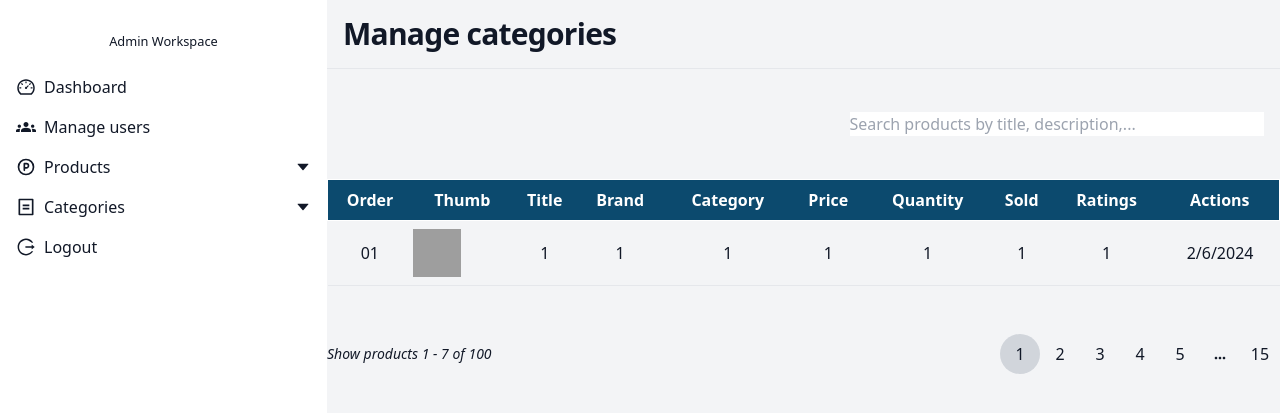
Repository: QuanggDat/Ecommerce_Rookie_NashTech
Page: /admin/manage-categories (app in Ecommerce_Rookie_NashTech_AdminFrontend/admin_fe/)
An editor plug-in stored every save of this project. The page is shown before and after the next save, followed by the edit.
The browser window is 1280 px wide. The pictures show the whole page.
Pictures or frames that could not be fetched are drawn as grey boxes. The page's requests for data from a server got no answer. The project was rebuilt for these pictures with package versions that can differ from the ones it lists, and the page was loaded fresh each time. Some packages were replaced by stand-ins written for this rebuild. No one was signed in, and anything a server would have sent is missing. Also part of the build but not shown: Ecommerce_Rookie_NashTech_AdminFrontend/admin_fe/src/pages/admin/Dashboard.js, Ecommerce_Rookie_NashTech_AdminFrontend/admin_fe/src/pages/admin/ManageProduct.js, Ecommerce_Rookie_NashTech_AdminFrontend/admin_fe/src/pages/admin/LoginScreen.js, Ecommerce_Rookie_NashTech_AdminFrontend/admin_fe/src/components/buttons/Button.js, Ecommerce_Rookie_NashTech_AdminFrontend/admin_fe/src/components/inputs/InputField.js, Ecommerce_Rookie_NashTech_AdminFrontend/admin_fe/src/pages/public/Login.js, Ecommerce_Rookie_NashTech_AdminFrontend/admin_fe/src/pages/public/FinalRegister.js, Ecommerce_Rookie_NashTech_AdminFrontend/admin_fe/src/pages/public/ResetPassword.js and 1 more.

Above is the page before, as saved 2024-06-02 22:53:17.

### Ecommerce_Rookie_NashTech_AdminFrontend/admin_fe/src/index.js
import React from 'react';
import { createRoot } from 'react-dom/client';
import { Provider } from 'react-redux';
import { store } from './stores/redux';
import App from './App';
import './index.css';
import { BrowserRouter } from 'react-router-dom'

const container = document.getElementById('root');
const root = createRoot(container);

root.render(
  <Provider store={store}>
    <BrowserRouter>
      <App />
    </BrowserRouter>
  </Provider>
);

### Ecommerce_Rookie_NashTech_AdminFrontend/admin_fe/src/stores/redux.js
import { configureStore } from '@reduxjs/toolkit';
import userSlice from "./user/userSlice"
import storage from 'redux-persist/lib/storage';
import { persistReducer, persistStore } from "redux-persist"

const commonConfig = {
  storage,
}
const userConfig = {
  ...commonConfig,
  whitelist: ["isLoggedIn", "token"],
  key: "shop/user",
}
export const store = configureStore({
  reducer: {
    user: persistReducer(userConfig, userSlice),
  },
  middleware: (getDefaultMiddleware) =>
    getDefaultMiddleware({ serializableCheck: false }),
});

export const persistor = persistStore(store)

### Ecommerce_Rookie_NashTech_AdminFrontend/admin_fe/src/App.js
import React from 'react';
import { Route, Routes, Navigate } from "react-router-dom"
import path from "./utils/path"
import {
  AdminLayout,
  Dashboard,
  ManageProduct,
  ManageCategory
} from "./pages/admin"
import { Login } from './pages/public';
import './App.css';

function App() {
  return (
    <div className="font-jp">
      <Routes>
        <Route path="/" element={<Navigate to={path.LOGIN} />} />
        <Route path={path.LOGIN} element={<Login />} />
        <Route path={path.ADMIN} element={<AdminLayout />}>
          <Route path={path.DASHBOARD} element={<Dashboard />} />
          <Route path={path.MANAGE_PRODUCTS} element={<ManageProduct />} />
          <Route path={path.MANAGE_CATEGORIES} element={<ManageCategory />} />
        </Route>
      </Routes>
    </div>
  );
}

export default App;

### Ecommerce_Rookie_NashTech_AdminFrontend/admin_fe/src/index.css
@import url("https://fonts.googleapis.com/css2?family=Poppins:ital,wght@0,100;0,200;0,300;0,400;0,500;0,600;0,700;0,800;1,100;1,200;1,300;1,400;1,500;1,600;1,700;1,800&display=swap");
@import url("https://fonts.googleapis.com/css2?family=Noto+Sans+JP:wght@100;200;300;400;500;600;700;800;900&display=swap");
@tailwind base;
@tailwind components;
@tailwind utilities;

html {
    height: 100%;
    overflow: auto;
  }
  body {
    height: 100%;
  }
  html,
  body {
    overflow-x: hidden;
  }

### Ecommerce_Rookie_NashTech_AdminFrontend/admin_fe/src/stores/user/userSlice.js
import { createSlice } from "@reduxjs/toolkit"
import * as actions from './asyncAction'

export const userSlice = createSlice({
    name: "user",
    initialState: {
        isLoggedIn: false,
        current: null,
        token: null,
        isLoading: false,
        mes: '',
    },
    reducers: {
        login: (state, action) => {
            state.isLoggedIn = action.payload.isLoggedIn
            state.token = action.payload.token
        },
        logout: (state, action) => {
            state.isLoggedIn = false
            state.current = null
            state.token = null
            state.isLoading = false
            state.mes = ''
        },
    },
    extraReducers: (builder) => {
        builder.addCase(actions.getCurrent.pending, (state) => {
            state.isLoading = true;
        });
        builder.addCase(actions.getCurrent.fulfilled, (state, action) => {
            state.isLoading = false;
            state.current = action.payload;
            state.isLoggedIn = true
        });
        builder.addCase(actions.getCurrent.rejected, (state, action) => {
            state.isLoading = false;
            state.current = null;
            state.isLoggedIn = false
            state.token = null
            state.mes = 'Login session has expired. Please login again!'
        });
    }
})
export const { login, logout } = userSlice.actions

export default userSlice.reducer

### Ecommerce_Rookie_NashTech_AdminFrontend/admin_fe/src/utils/path.js
const path = {
    PUBLIC: "/",
    HOME: "home",
    ALL: "*",
    LOGIN: "login",
    FINAL_REGISTER: "finalregister/:status",
    RESET_PASSWORD: "reset-password/:token",

    // Admin
    ADMIN: "admin",
    DASHBOARD: "dashboard",
    MANAGE_USER: "manage-user",
    MANAGE_PRODUCTS: "manage-products",
    MANAGE_CATEGORIES: "manage-categories",
    CREATE_PRODUCTS: "create-products",
    CREATE_CATEGORY: "create-category",
}

export default path

### Ecommerce_Rookie_NashTech_AdminFrontend/admin_fe/src/pages/admin/index.js
export { default as AdminLayout } from "./AdminLayout"
export { default as Dashboard } from "./Dashboard"
export { default as ManageProduct } from "./ManageProduct"
export { default as ManageCategory } from "./ManageCategory"
export { default as LoginScreen } from "./LoginScreen"

### Ecommerce_Rookie_NashTech_AdminFrontend/admin_fe/src/pages/public/index.js
export { default as Login } from "./Login"
export { default as FinalRegister } from "./FinalRegister"
export { default as ResetPassword } from "./ResetPassword"

### Ecommerce_Rookie_NashTech_AdminFrontend/admin_fe/src/stores/user/asyncAction.js
import { createAsyncThunk } from "@reduxjs/toolkit";
import * as apis from '../../apis'

export const getCurrent = createAsyncThunk('user/current', async (data, { rejectWithValue }) => {
    const response = await apis.apiGetCurrent()
    if (!response.data.status) return rejectWithValue(response)
    return response.data.rs
})

### Ecommerce_Rookie_NashTech_AdminFrontend/admin_fe/src/pages/admin/AdminLayout.js
import React from 'react'
import { Outlet, Navigate } from 'react-router-dom'
import { useSelector } from 'react-redux'
import AdminSidebar from '../../components/sidebar/AdminSidebar'

const AdminLayout = () => {
  return (
    <div className='flex w-full bg-gray-100 min-h-screen relative text-gray-900'>
      <div className='w-[327px] top-0 bottom-0 flex-none fixed'>
        <AdminSidebar />
      </div>
      <div className='w-[327px]'></div>
      <div className='flex-auto'>
        <Outlet />
      </div>
    </div>
  )
}

export default AdminLayout

### Ecommerce_Rookie_NashTech_AdminFrontend/admin_fe/src/pages/admin/ManageCategory.js
import React from 'react'
import InputForm from "../../components/inputs/InputForm"
import Pagination from "../../components/pagination/Pagination"
import { useForm } from "react-hook-form"

const ManageCategory = () => {
  const {
    register,
    formState: { errors },
    watch,
  } = useForm()
  return (
    <div className="w-full flex flex-col gap-4 relative">
      <div className="h-[69px] w-full"></div>
      <div className="p-4 border-b w-full bg-gray-100 flex justify-between items-center fixed top-0">
        <h1 className="text-3xl font-bold tracking-tight">Manage categories</h1>
      </div>
      <div className="flex justify-end items-center px-4">
        <form className="w-[45%]">
          <InputForm
            id="q"
            register={register}
            errors={errors}
            fullWidth
            placeholder="Search products by title, description,..."
          />
        </form>
      </div>
      <table className="table-auto">
        <thead>
          <tr className="border bg-sky-900 text-white border-white">
            <th className="text-center py-2">Order</th>
            <th className="text-center py-2">Thumb</th>
            <th className="text-center py-2">Title</th>
            <th className="text-center py-2">Brand</th>
            <th className="text-center py-2">Category</th>
            <th className="text-center py-2">Price</th>
            <th className="text-center py-2">Quantity</th>
            <th className="text-center py-2">Sold</th>
            <th className="text-center py-2">Ratings</th>
            <th className="text-center py-2">Actions</th>
          </tr>
        </thead>
        <tbody>
          <tr className="border-b" >
            <td className="text-center py-2">
              01
            </td>
            <td className="text-center py-2">
              <img
                src='https://th.bing.com/th/id/OIF.IHFaCxQQ54StkxKZ3Iyp0Q?rs=1&pid=ImgDetMain'
                alt="thumb"
                className="w-12 h-12 object-cover"
              />
            </td>
            <td className="text-center py-2">1</td>
            <td className="text-center py-2">1</td>
            <td className="text-center py-2">1</td>
            <td className="text-center py-2">1</td>
            <td className="text-center py-2">1</td>
            <td className="text-center py-2">1</td>
            <td className="text-center py-2">1</td>
            <td className="text-center py-2">
              2/6/2024
            </td>
          </tr>
        </tbody>
      </table>
      <div className="w-full flex justify-end my-8">
        <Pagination totalCount={100} />
      </div>
    </div>
  )
}

export default ManageCategory

### Ecommerce_Rookie_NashTech_AdminFrontend/admin_fe/src/components/sidebar/AdminSidebar.js
import React, { Fragment, useState } from "react"
import { adminSidebar } from "../../utils/constants"
import { NavLink, Link, useNavigate } from "react-router-dom"
import clsx from "clsx"
import { AiOutlineCaretDown, AiOutlineCaretRight } from "react-icons/ai"
import { RiShareForwardLine } from "react-icons/ri"
import withBaseComponent from "../../hocs/withBaseComponent"

const activedStyle =
    "px-4 py-2 flex items-center gap-2  bg-blue-500 text-gray-100"
const notActivedStyle = "px-4 py-2 flex items-center gap-2  hover:bg-blue-100"

const AdminSidebar = () => {
    const navigate = useNavigate()
    const [actived, setActived] = useState([])
    const handleShowTabs = (tabID) => {
        if (actived.some((el) => el === tabID))
            setActived((prev) => prev.filter((el) => el !== tabID))
        else setActived((prev) => [...prev, tabID])
    }

    return (
        <div className=" bg-white h-full py-4">
            <Link
                to={"/"}
                className="flex flex-col justify-center items-center p-4 gap-2"
            >
                <small>Admin Workspace</small>
            </Link>
            <div>
                {adminSidebar.map((el) => (
                    <Fragment key={el.id}>
                        {el.type === "SINGLE" && (
                            <NavLink
                                to={el.path}
                                className={({ isActive }) =>
                                    clsx(isActive && activedStyle, !isActive && notActivedStyle)
                                }
                            >
                                <span>{el.icon}</span>
                                <span>{el.text}</span>
                            </NavLink>
                        )}
                        {el.type === "PARENT" && (
                            <div
                                onClick={() => handleShowTabs(+el.id)}
                                className="flex flex-col"
                            >
                                <div className="flex items-center justify-between px-4 py-2 hover:bg-blue-100 cursor-pointer">
                                    <div className="flex items-center gap-2">
                                        <span>{el.icon}</span>
                                        <span>{el.text}</span>
                                    </div>
                                    {actived.some((id) => id === el.id) ? (
                                        <AiOutlineCaretRight />
                                    ) : (
                                        <AiOutlineCaretDown />
                                    )}
                                </div>
                                {actived.some((id) => +id === +el.id) && (
                                    <div className="flex flex-col">
                                        {el.submenu.map((item, idx) => (
                                            <NavLink
                                                key={idx}
                                                to={item.path}
                                                onClick={(e) => e.stopPropagation()}
                                                className={({ isActive }) =>
                                                    clsx(
                                                        isActive && activedStyle,
                                                        !isActive && notActivedStyle,
                                                        "pl-16"
                                                    )
                                                }
                                            >
                                                {item.text}
                                            </NavLink>
                                        ))}
                                    </div>
                                )}
                            </div>
                        )}
                    </Fragment>
                ))}
            </div>
        </div>
    )
}

export default withBaseComponent(AdminSidebar)

### Ecommerce_Rookie_NashTech_AdminFrontend/admin_fe/src/components/inputs/InputForm.js
import React, { memo } from 'react'
import clsx from 'clsx'

const InputForm = ({
    label,
    disabled,
    register,
    errors,
    id,
    validate,
    type = 'text',
    placeholder,
    fullWidth,
    defaultValue,
    style,
    readOnly
}) => {
    return (
        <div className={clsx('flex flex-col h-[78px] gap-2', style)}>
            {label && <label className='font-medium' htmlFor={id}>{label + ':'}</label>}
            <input
                type={type}
                id={id}
                {...register(id, validate)}
                disabled={disabled}
                placeholder={placeholder}
                className={clsx('form-input my-auto', fullWidth && 'w-full', style)}
                defaultValue={defaultValue}
                readOnly={readOnly}
            />
            {errors[id] && <small className='text-xs text-red-500'>{errors[id]?.message}</small>}
        </div>
    )
}

export default memo(InputForm)

### Ecommerce_Rookie_NashTech_AdminFrontend/admin_fe/src/components/pagination/Pagination.js
import React, { memo } from "react"
import usePagination from "../../hooks/usePagination"
import PagiItem from "./PagiItem"
import { useSearchParams } from "react-router-dom"

const Pagination = ({ totalCount }) => {
    const [params] = useSearchParams()
    const pagination = usePagination(totalCount, +params.get("page") || 1)

    const range = () => {
        const currentPage = +params.get("page")
        const pageSize = +process.env.REACT_APP_LIMIT || 10
        const start = Math.min((currentPage - 1) * pageSize + 1, totalCount)
        const end = Math.min(currentPage * pageSize, totalCount)

        return `${start} - ${end}`
    }

    // 3 => 21 - 30
    return (
        <div className="flex w-full justify-between items-center">
            {!+params.get("page") ? (
                <span className="text-sm hidden lg:inline-block italic">{`Show products ${Math.min(
                    totalCount,
                    1
                )} - ${Math.min(
                    +process.env.REACT_APP_LIMIT,
                    totalCount
                )} of ${totalCount}`}</span>
            ) : (
                ""
            )}
            {+params.get("page") ? (
                <span className="text-sm hidden lg:inline-block italic">{`Show products ${range()} of ${totalCount}`}</span>
            ) : (
                ""
            )}
            <div className="flex mt-8 lg:mt-0 items-center">
                {pagination?.map((el) => (
                    <PagiItem key={el}>{el}</PagiItem>
                ))}
            </div>
        </div>
    )
}

export default memo(Pagination)

### Ecommerce_Rookie_NashTech_AdminFrontend/admin_fe/src/utils/helpers.js


export const validate = (payload, setInvalidFields) => {
    let invalids = 0
    const formatPayload = Object.entries(payload)
    for (let arr of formatPayload) {
        if (arr[1].trim() === "") {
            invalids++
            setInvalidFields((prev) => [
                ...prev,
                { name: arr[0], mes: "Require this field." },
            ])
        }
    }
    return invalids
}

export const generateRange = (start, end) => {
    const length = end + 1 - start
    return Array.from({ length }, (_, index) => start + index)
  }
  export function getBase64(file) {
    if (!file) return ""
    return new Promise((resolve, reject) => {
      const reader = new FileReader()
      reader.readAsDataURL(file)
      reader.onload = () => resolve(reader.result)
      reader.onerror = (error) => reject(error)
    })
  }

### Ecommerce_Rookie_NashTech_AdminFrontend/admin_fe/src/apis/user.js
import axios from "../axios";

export const apiRegister = (data) =>
    axios({
        url: "/user/register",
        method: "post",
        data,
    })

export const apiFinalRegister = (token) =>
    axios({
        url: "/user/finalregister/" + token,
        method: "put",
    })

export const apiLogin = (data) =>
    axios({
        url: "/user/login",
        method: "post",
        data,
    })

export const apiGetCurrent = () =>
    axios({
        url: "/user/current",
        method: "get",
    })

export const apiForgotPassword = (data) =>
    axios({
        url: "/user/forgotpassword",
        method: "post",
        data,
    })

export const apiResetPassword = (data) =>
    axios({
        url: "/user/resetpassword",
        method: "put",
        data,
    })

### Ecommerce_Rookie_NashTech_AdminFrontend/admin_fe/src/utils/constants.js
import path from "./path"
import icons from "./icons"

const { AiOutlineDashboard, MdGroups, TbBrandProducthunt, RiBillLine, AiOutlineLogout } = icons
export const adminSidebar = [
    {
      id: 1,
      type: "SINGLE",
      text: "Dashboard",
      path: `/${path.ADMIN}/${path.DASHBOARD}`,
      icon: <AiOutlineDashboard size={20} />,
    },
    {
      id: 2,
      type: "SINGLE",
      text: "Manage users",
      path: `/${path.ADMIN}/${path.MANAGE_USER}`,
      icon: <MdGroups size={20} />,
    },
    {
      id: 3,
      type: "PARENT",
      text: "Products",
      icon: <TbBrandProducthunt size={20} />,
      submenu: [
        {
          text: "Create product",
          path: `/${path.ADMIN}/${path.CREATE_PRODUCTS}`,
        },
        {
          text: "Manage products",
          path: `/${path.ADMIN}/${path.MANAGE_PRODUCTS}`,
        },
      ],
    },
    {
      id: 4,
      type: "PARENT",
      text: "Categories",
      icon: <RiBillLine size={20} />,
      submenu: [
        {
          text: "Create category",
          path: `/${path.ADMIN}/${path.CREATE_CATEGORY}`,
        },
        {
          text: "Manage categories",
          path: `/${path.ADMIN}/${path.MANAGE_CATEGORIES}`,
        },
      ],
    },
    {
      id: 5,
      type: "SINGLE",
      text: "Logout",
      path: `/${path.LOGIN}`,
      icon: <AiOutlineLogout size={20} />,
    },
  ]

### Ecommerce_Rookie_NashTech_AdminFrontend/admin_fe/src/hocs/withBaseComponent.js
import React from 'react'
import { useDispatch } from 'react-redux'
import { useLocation, useNavigate } from 'react-router-dom'

const withBaseComponent = (Component) => (props) => {
    const navigate = useNavigate()
    const dispatch = useDispatch()
    const location = useLocation()

    return <Component {...props} navigate={navigate} dispatch={dispatch} location={location} />
}

export default withBaseComponent

### Ecommerce_Rookie_NashTech_AdminFrontend/admin_fe/src/hooks/usePagination.js
import { useMemo } from 'react'
import { generateRange } from '../utils/helpers'
import { BiDotsHorizontalRounded } from 'react-icons/bi'


const usePagination = (totalProductCount, currentPage, siblingCount = 1) => {
    const paginationArray = useMemo(() => {
        const pageSize = +process.env.REACT_APP_LIMIT || 10
        const paginationCount = Math.ceil(+totalProductCount / pageSize)
        const totalPaginationItem = +siblingCount + 5


        if (paginationCount <= totalPaginationItem) return generateRange(1, paginationCount)

        const isShowLeft = currentPage - siblingCount > 2
        const isShowRight = currentPage + siblingCount < paginationCount - 1

        if (isShowLeft && !isShowRight) {
            const rightStart = paginationCount - 4
            const rightRange = generateRange(rightStart, paginationCount)
            return [1, <BiDotsHorizontalRounded />, ...rightRange]
        }

        if (!isShowLeft && isShowRight) {
            const leftRange = generateRange(1, 5)
            return [...leftRange, <BiDotsHorizontalRounded />, paginationCount]
        }

        const siblingLeft = Math.max(currentPage - siblingCount, 1)
        const singlingRight = Math.min(currentPage + siblingCount, paginationCount)

        if (isShowLeft && isShowRight) {
            const middleRange = generateRange(siblingLeft, singlingRight)
            return [1, <BiDotsHorizontalRounded />, ...middleRange, <BiDotsHorizontalRounded />, paginationCount]
        }

    }, [totalProductCount, currentPage, siblingCount])

    return paginationArray
}
export default usePagination
// fist + last + current + sibling + 2*DOTS
// min = 6 => sibling + 5
// totalPagination : 58, limitProduct = 10 => = 5.8 = 6
// totalPaginationItem : sibling + 5 = 6
// sibling = 1

// [1,2,3,4,5,6]
// [1,...,6,7,8,9,10]
// [1,2,3,4,5, ...,10]
// [1,...,5,6,7,...,10]

### Ecommerce_Rookie_NashTech_AdminFrontend/admin_fe/src/components/pagination/PagiItem.js
import clsx from 'clsx'
import { useSearchParams, useNavigate, createSearchParams, useLocation } from 'react-router-dom'
import { memo } from 'react'

const PagiItem = ({ children }) => {
    const navigate = useNavigate()
    const [params] = useSearchParams()
    const location = useLocation()

    const handlePagination = () => {
        const queries = Object.fromEntries([...params])
        if (Number(children)) queries.page = children
        navigate({
            pathname: location.pathname,
            search: createSearchParams(queries).toString()
        })
    }
    return (
        <button
            className={clsx('w-10 h-10 flex justify-center', !Number(children) && 'items-end pb-2', Number(children) && 'items-center hover:rounded-full hover:bg-gray-300', +params.get('page') === +children && 'rounded-full bg-gray-300', !+params.get('page') && +children === 1 && 'rounded-full bg-gray-300')}
            onClick={handlePagination}
            type='button'
            disabled={!Number(children)}
        >
            {children}
        </button>
    )
}

export default memo(PagiItem)

### Ecommerce_Rookie_NashTech_AdminFrontend/admin_fe/src/axios.js
import axios from 'axios'

const instance = axios.create({
    baseURL: process.env.REACT_APP_API_URI,
  });

// Add a request interceptor
axios.interceptors.request.use(function (config) {
    // Do something before request is sent
    return config;
  }, function (error) {
    // Do something with request error
    return Promise.reject(error);
  });

// Add a response interceptor
axios.interceptors.response.use(function (response) {
    // Any status code that lie within the range of 2xx cause this function to trigger
    // Do something with response data
    return response.data;
  }, function (error) {
    // Any status codes that falls outside the range of 2xx cause this function to trigger
    // Do something with response error
    return error.response.data;
  });

  export default instance

### Ecommerce_Rookie_NashTech_AdminFrontend/admin_fe/src/utils/icons.js
import { RiPhoneFill, RiTruckFill, RiBillLine } from 'react-icons/ri'
import { MdEmail, MdGroups } from 'react-icons/md'
import { BsHandbagFill, BsFillSuitHeartFill, BsShieldShaded, BsReplyFill, BsCartPlus } from 'react-icons/bs'
import { FaUserCircle, FaTty } from 'react-icons/fa'
import {
    AiFillHome,
    AiFillStar,
    AiOutlineStar,
    AiFillEye,
    AiOutlineMenu,
    AiOutlineLogout,
    AiFillGift,
    AiOutlineDown,
    AiOutlineDashboard
} from 'react-icons/ai'
import { IoIosArrowForward } from 'react-icons/io'
import { TbBrandProducthunt } from 'react-icons/tb'

const icons = {
    RiPhoneFill,
    MdEmail,
    BsHandbagFill,
    FaUserCircle,
    AiFillHome,
    AiFillStar,
    AiOutlineStar,
    AiFillEye,
    AiOutlineMenu,
    BsFillSuitHeartFill,
    IoIosArrowForward,
    AiOutlineLogout,
    BsShieldShaded,
    RiTruckFill,
    AiFillGift,
    BsReplyFill,
    FaTty,
    AiOutlineDown,
    AiOutlineDashboard,
    MdGroups,
    TbBrandProducthunt,
    RiBillLine,
    BsCartPlus
}

export default icons

Loaded but not shown: Ecommerce_Rookie_NashTech_AdminFrontend/admin_fe/public/index.html (common file); Ecommerce_Rookie_NashTech_AdminFrontend/admin_fe/src/apis/index.js (common file); Ecommerce_Rookie_NashTech_AdminFrontend/admin_fe/tailwind.config.js (common file)

After the next save:
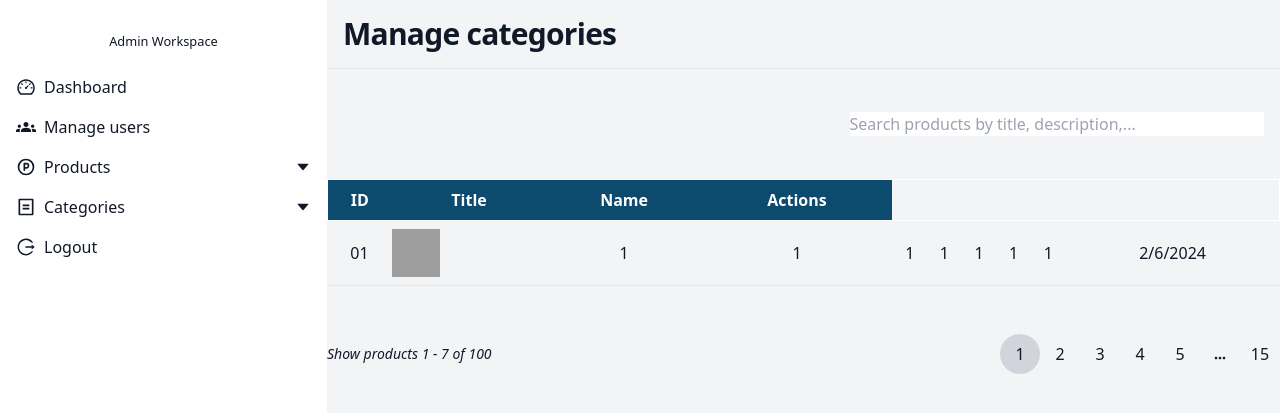
Saved 108 s later.
--- a/Ecommerce_Rookie_NashTech_AdminFrontend/admin_fe/src/pages/admin/ManageCategory.js
+++ b/Ecommerce_Rookie_NashTech_AdminFrontend/admin_fe/src/pages/admin/ManageCategory.js
@@ -29,15 +29,9 @@ const ManageCategory = () => {
       <table className="table-auto">
         <thead>
           <tr className="border bg-sky-900 text-white border-white">
-            <th className="text-center py-2">Order</th>
-            <th className="text-center py-2">Thumb</th>
+            <th className="text-center py-2">ID</th>
             <th className="text-center py-2">Title</th>
-            <th className="text-center py-2">Brand</th>
-            <th className="text-center py-2">Category</th>
-            <th className="text-center py-2">Price</th>
-            <th className="text-center py-2">Quantity</th>
-            <th className="text-center py-2">Sold</th>
-            <th className="text-center py-2">Ratings</th>
+            <th className="text-center py-2">Name</th>
             <th className="text-center py-2">Actions</th>
           </tr>
         </thead>
